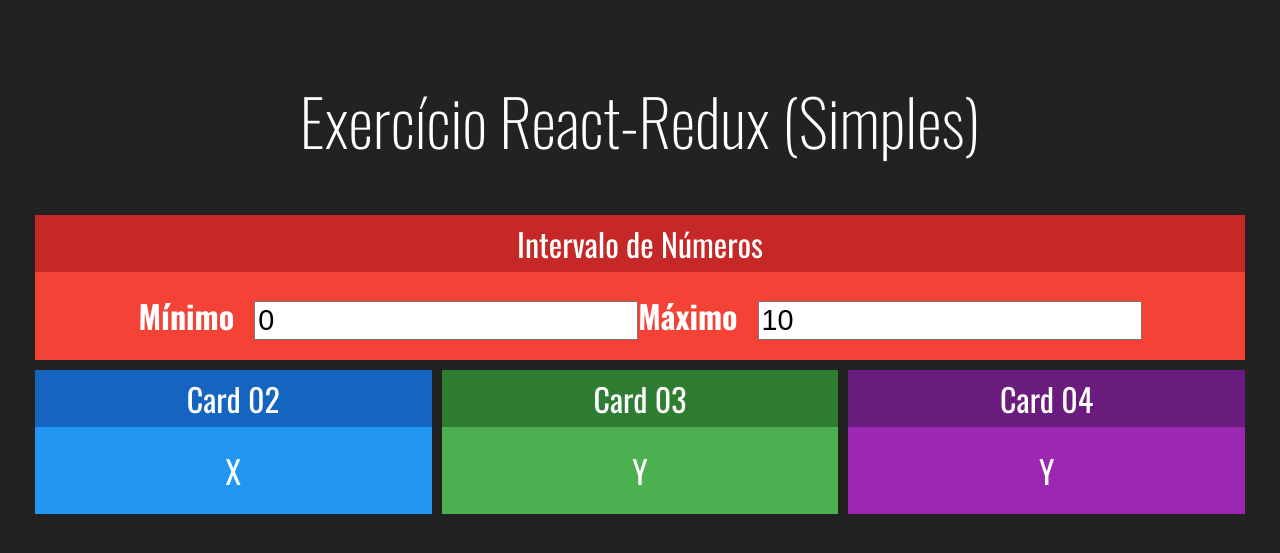
Repository: WellysonP/testando-react-redux
Page: /
The author's editor kept a copy of each file at every save. The page is drawn from the files as they stood at one save, then again after the next save.
The browser window is 1280 px wide. The pictures show the whole page.
The project was rebuilt for these pictures with package versions that can differ from the ones it lists, and the page was loaded fresh each time.

Above is the page before, as saved 2023-01-12 17:59:57.

### public/index.html
<!DOCTYPE html>
<html lang="en">
  <head>
    <link rel="preconnect" href="https://fonts.googleapis.com">
<link rel="preconnect" href="https://fonts.gstatic.com" crossorigin>
<link href="https://fonts.googleapis.com/css2?family=Oswald:wght@200;300;400;500;600;700&display=swap" rel="stylesheet">
    <meta charset="utf-8" />
    <link rel="icon" href="%PUBLIC_URL%/favicon.ico" />
    <meta name="viewport" content="width=device-width, initial-scale=1" />
    <meta name="theme-color" content="#000000" />
    <meta
      name="description"
      content="Web site created using create-react-app"
    />
    <link rel="apple-touch-icon" href="%PUBLIC_URL%/logo192.png" />
    <!--
      manifest.json provides metadata used when your web app is installed on a
      user's mobile device or desktop. See https://developers.google.com/web/fundamentals/web-app-manifest/
    -->
    <link rel="manifest" href="%PUBLIC_URL%/manifest.json" />
    <!--
      Notice the use of %PUBLIC_URL% in the tags above.
      It will be replaced with the URL of the `public` folder during the build.
      Only files inside the `public` folder can be referenced from the HTML.

      Unlike "/favicon.ico" or "favicon.ico", "%PUBLIC_URL%/favicon.ico" will
      work correctly both with client-side routing and a non-root public URL.
      Learn how to configure a non-root public URL by running `npm run build`.
    -->
    <title>React App</title>
  </head>
  <body>
    <noscript>You need to enable JavaScript to run this app.</noscript>
    <div id="root"></div>
    <!--
      This HTML file is a template.
      If you open it directly in the browser, you will see an empty page.

      You can add webfonts, meta tags, or analytics to this file.
      The build step will place the bundled scripts into the <body> tag.

      To begin the development, run `npm start` or `yarn start`.
      To create a production bundle, use `npm run build` or `yarn build`.
    -->
  </body>
</html>

### src/index.css
body{
  background-color: #222;
  font-size: 2rem;
  font-family: Oswald;
  color: #fff;
  margin: 30px;
}

### src/App.js
import './App.css';
import Card from './components/Card';
import Intervalo from './components/Intervalo';

function App() {
  return (
    <div className="App">
      <h1>Exercício React-Redux (Simples)</h1>
      <div className='linha'>
        <Intervalo></Intervalo>
      </div>
      <div className='linha'>
      <Card title="Card 02" blue>X</Card>
      <Card title="Card 03" green>Y</Card>
      <Card title="Card 04" purple>Y</Card>
      </div>
    </div>
  );
}

export default App;

### src/App.css
.App{
  display: flex;
  flex-direction: column;
  text-align: center;
}

h1{
  font-weight: 200;
}

.linha{
  display: flex;
}

### src/components/Card.jsx
import "./Card.css"

function getColor(props){
    if(props.red) return "Red"
    if(props.green) return "Green"
    if(props.blue) return "Blue"
    if(props.purple) return "Purple"
    return""
}

export default props => {
    return (
        <div className={`Card ${getColor(props)}`}>
            <div className="Header">
                <span className="Title">{props.title}</span>
            </div>
            <div className="Content">
                {props.children}
            </div>
        </div>
    )
}

### src/components/Intervalo.jsx
import Card from "./Card"
import "./Intervalo.css"


export default props => {
    return (
        <Card title="Intervalo de Números" red>
            <div className="Intervalo">
                <span>
                    <strong>Mínimo</strong>
                    <input type="number" value={0} />
                </span>
                <span>
                    <strong>Máximo</strong>
                    <input type="number" value={10} />
                </span>
            </div>
        </Card>
    )
}

### src/components/Card.css
.Card{
    flex: 1;
    display: flex;
    flex-direction: column;
    margin: 5px;
}

.Card .Header{
    display: flex;
    flex-direction: row;
    justify-content: center;
}

.Card .Header .Title{
    flex: 1;
    padding: 5px;
}

.Card .Content{
    padding: 20px;
}

.Card.Red .Header{ color: #fff; background-color: #c62828;}
.Card.Red .Content{ color: #fff; background-color: #f44336;}

.Card.Green .Header{ color: #fff; background-color: #2e7d32;}
.Card.Green .Content{ color: #fff; background-color: #4caf50;}

.Card.Blue .Header{ color: #fff; background-color: #1565c0;}
.Card.Blue .Content{ color: #fff; background-color: #2196f3;}

.Card.Purple .Header{ color: #fff; background-color: #6A1B7e;}
.Card.Purple .Content{ color: #fff; background-color: #9c27b0;}

### src/components/Intervalo.css
.Intervalo input{
    font-size: 1.8rem;
    margin-left: 20px;
}

Loaded but not shown: src/index.js (common file); src/reportWebVitals.js (common file)

After the next save:
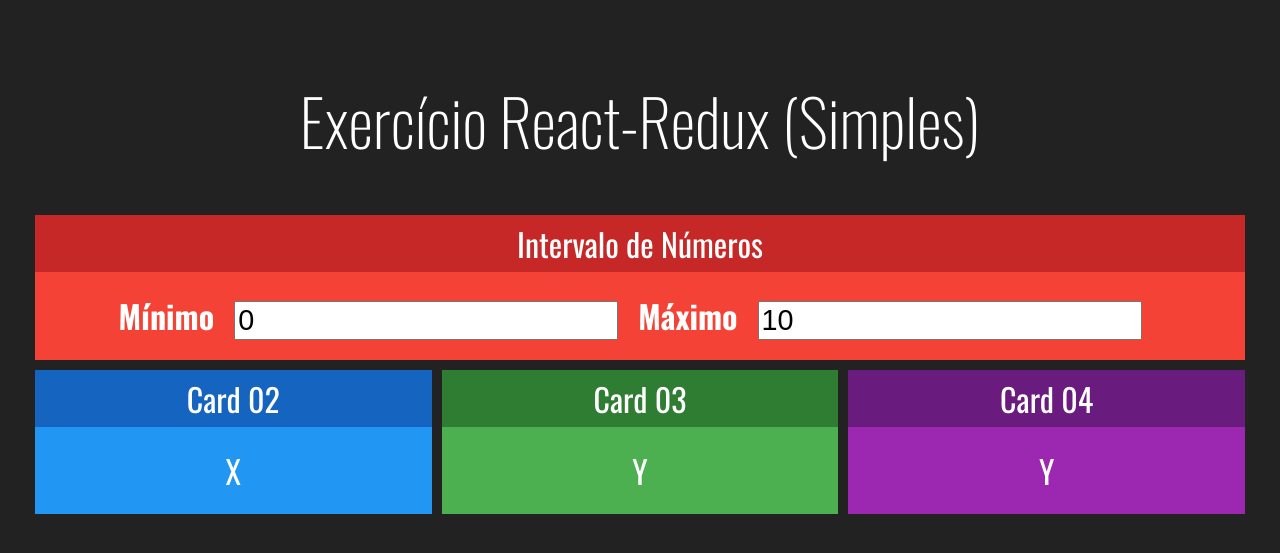
Saved 20 s later.
--- a/src/components/Intervalo.css
+++ b/src/components/Intervalo.css
@@ -1,4 +1,5 @@
 .Intervalo input{
     font-size: 1.8rem;
     margin-left: 20px;
+    margin-right: 20px;
 }
